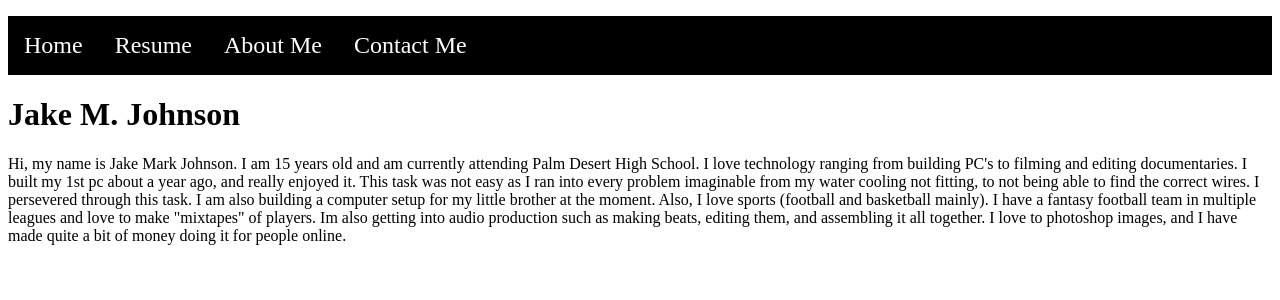
Repository: jakemj/jakemj.github.io
Page: aboutme.html
The author's editor kept a record of every edit. The page is drawn from the files as they stood at one moment, then again after the next edit.
The browser window is 1280 px wide. The pictures show the whole page.

Above is the page before.

### aboutme.html
<!DOCTYPE html>
<html>
    <head>
    <title>Welcome to my thread!</title>
    <link rel="stylesheet" type="text/css" href="style.css">

    </head>
    <body>
      <ul class="navbar">
        <li><a href=index.html>Home</a></li>
        <li><a href="https://awseducate.com">Resume</a></li>
        <li><a href="/aboutme.html">About Me</a></li>
        <li><a href="https://awseducate.com">Contact Me</a></li>
        <li class = "dropdown">
            <div>More Links</div>
            <ul class="dropdown-content">
            <li><a href="#">Project 1</a></li>
            <li><a href="#">Project 2</a></li>
            <li><a href="#">Project 3</a></li>
        </ul>



    </li>

    </ul>
    <h1>Jake M. Johnson</h1>
    Hi, my name is Jake Mark Johnson. I am 15 years old and am currently
    attending Palm Desert High School.
    I love technology ranging from building PC's
    to filming and editing documentaries. I built my 1st pc
    about a year ago, and really enjoyed it. This task was not
    easy as I ran into every problem imaginable from my water
    cooling not fitting, to not being able to find the correct
    wires. I persevered through this task. I am also building a
    computer setup for my little brother at the moment. Also, I
    love sports (football and basketball mainly). I have a fantasy
    football team in multiple leagues and love to make "mixtapes" of
    players. Im also getting into audio production such as making beats,
    editing them, and assembling it all together. I love to photoshop
    images, and I have made quite a bit of money doing it for people
    online.
    </body>
</html>

### style.css
        .navbar{
            list-style: none;
            background-color: black;
            overflow: hidden;
            padding: 0;
        }

        .navbar a, dropdown div{
            text-decoration: none;
            color: white;
            font-size: 24px;
            padding: 16px;
            display:inline-block;
        }
        .navbar li{
            float: left;
        }

        .navbar li:hover{
            background-color: pink;
        }

        .dropdown-content{
            list-style: none;
            padding: 0;
            display: none;
            position: absolute;
            z-index: 1;
            background-color: black;
        }

        .dropdown-content li{
            float: none;
        }

        .dropdown:hover .dropdown-content{
            display: block;
        }

After the next edit:
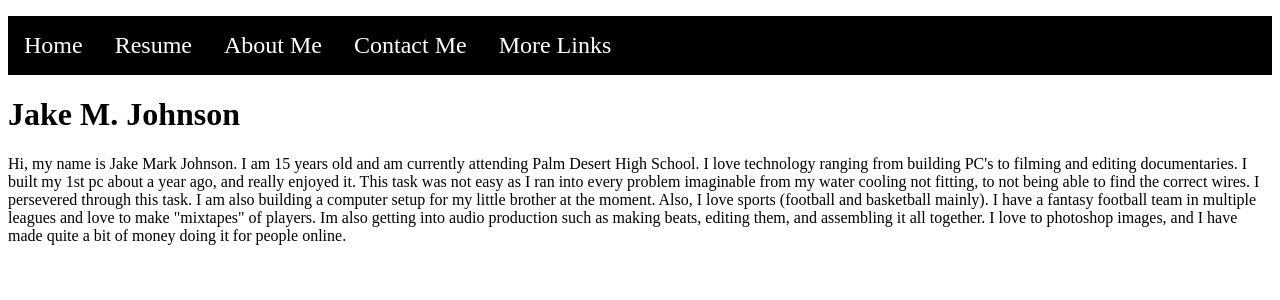
The edit:
--- a/style.css
+++ b/style.css
@@ -5,7 +5,7 @@
             padding: 0;
         }
 
-        .navbar a, dropdown div{
+        .navbar a, .dropdown div{
             text-decoration: none;
             color: white;
             font-size: 24px;
